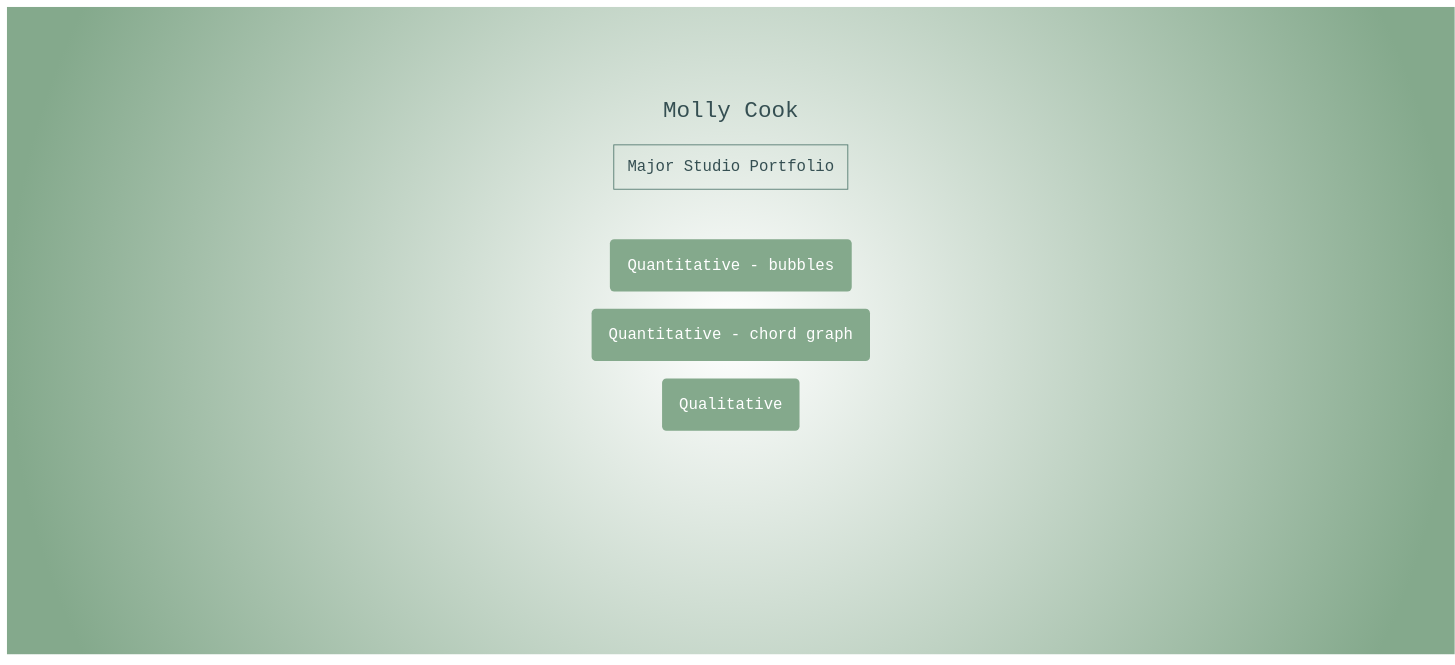
Repository: m0llyc00k/Major-studio-1
Page: index.html
The author's editor kept a record of every edit. The page is drawn from the files as they stood at one moment, then again after the next edit.
The browser window is 1280 px wide. The page is 1672 px wide, so the pictures cover 1672 px, including what lies to the right of the window. The pictures show the whole page, at 87% of full size.

Above is the page before.

### index.html
<!DOCTYPE html>
<html lang="en">
    <head>
        <meta charset="UTF=8">
        <meta http=equiv="X-UA-Compatible" content="IE=edge">
        <meta name="viewport" content="width=device=width, initial-scale=1.0">
        <title>Major Studio Portfolio</title>
          <link rel="stylesheet" href="style.css">
    </head>
<body>
    <div class="fullPage">
        <h1> Molly Cook</h1>
        </br>
        <h2>Major Studio Portfolio</h2>
        <ul>
           <li> <a href="./Week 01/assignment-1-folder/index1.html"> Quantitative - bubbles</a> </li>
           <li>  <a href="./Week 02/assignment-2-folder/index2.html"> Quantitative - chord graph</a></li>
            <li> <a href="./Week 03/assignment-3-folder/index3.html"> Qualitative</a></li>
        </ul>
    </div>
</body>

### style.css
a {
    background-color: #84a98c;
    padding: 20px;
    margin: 20px;
    text-decoration: none;
    color: white;
    border-radius: 5px;
    font-size: 18px;
}

h1 {
    display: block;
    text-align: center;
    margin:0 auto;
    color: #354f52;
    padding:5px;
    border:none;
    font-family: monospace;
    font-weight: 400;
}

h2 {
    color: #354f52;
    padding:15px;
    margin: 0 auto;
    border:1px solid #52796f;
    display: inline-block;
    text-align: center;
    font-family: monospace;
    font-weight: 400;
    font-size: 18px;




}

ul {
    text-align: center;
    font-family: monospace;
    font-size:12px;
    padding: 35px;
    margin: 20 auto;
    list-style-type: none;

}
li {
    padding: 30px;
}

a:hover {
        background: white;
        color: #84a98c;
        border: 1px solid #84a98c;

}
.fullPage {
        background: radial-gradient(circle farthest-side ,white, #84a98c);
        display: inline-block;
        text-align: center;
        margin: 0 auto;
        padding: 100px 200px 200px 200px;
        width: 100%;

}

After the next edit:
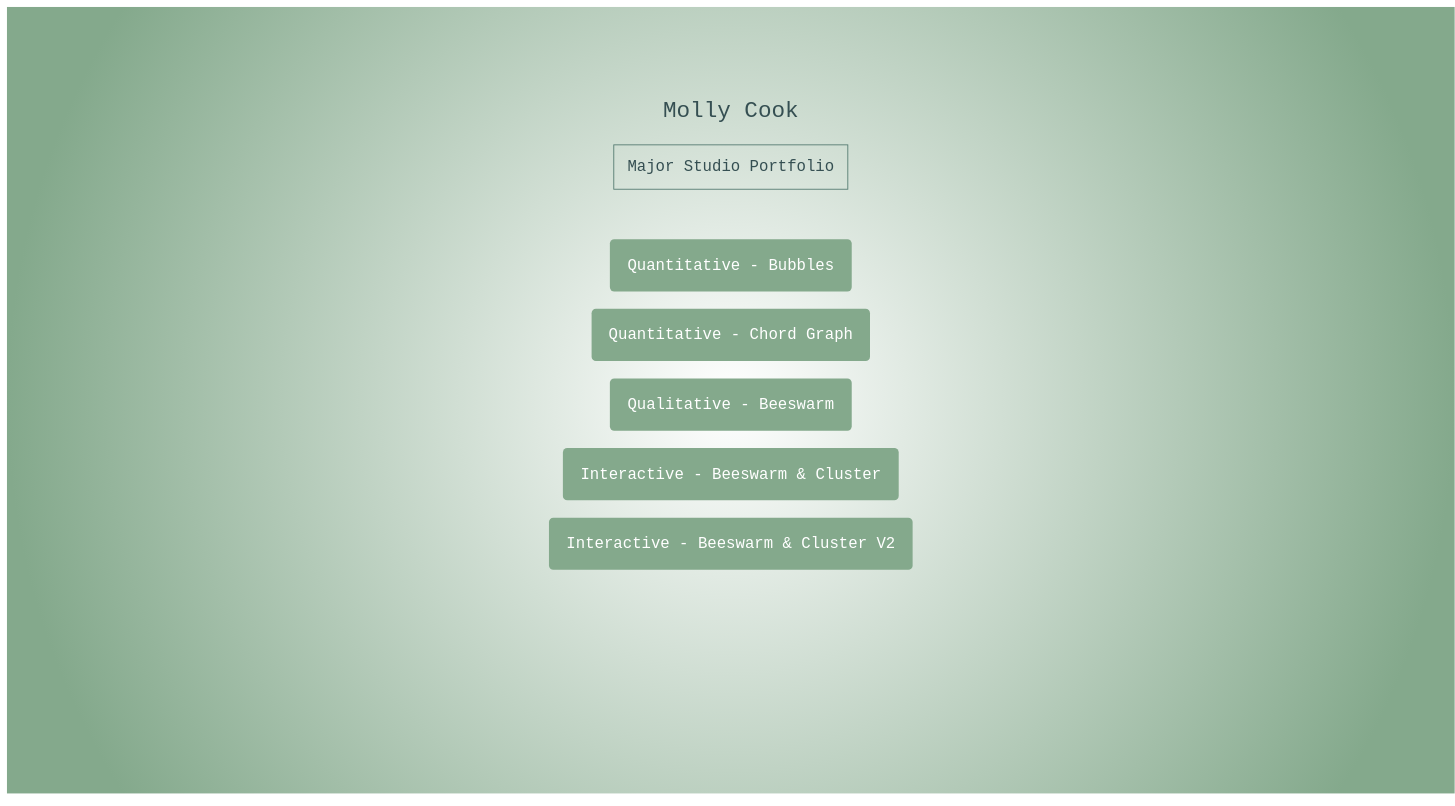
The edit:
--- a/index.html
+++ b/index.html
@@ -13,9 +13,12 @@
         </br>
         <h2>Major Studio Portfolio</h2>
         <ul>
-           <li> <a href="./Week 01/assignment-1-folder/index1.html"> Quantitative - bubbles</a> </li>
-           <li>  <a href="./Week 02/assignment-2-folder/index2.html"> Quantitative - chord graph</a></li>
-            <li> <a href="./Week 03/assignment-3-folder/index3.html"> Qualitative</a></li>
+           <li>  <a href="./Week5_Smithsonian_quantitative_original/topic_bubbles.html"> Quantitative - Bubbles</a></li>
+            <li> <a href="./Week5_Smithsonian_quantitative_original/Smithsonian_chord_graph/index-topics.html"> Quantitative - Chord Graph</a> </li>
+            <li> <a href="./Qualitative/examples-beeswarm/index-2.html"> Qualitative - Beeswarm</a></li>
+            <li> <a href="./Final/index.html"> Interactive - Beeswarm & Cluster</a></li>
+            <li> <a href="./Final_v2/index.html"> Interactive - Beeswarm & Cluster V2</a></li>
+
         </ul>
     </div>
 </body>
